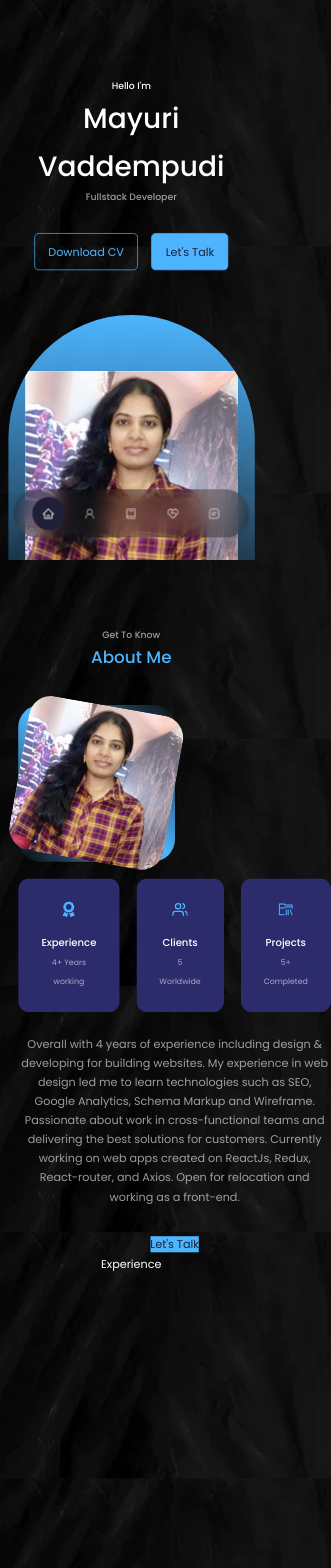
Repository: mayuri2018/Mr_react_portfolio
Page: /
These files come from the project's save history. The page is drawn as it stood at one moment and after the next save; the edit follows.
The browser window is 375 px wide. The page is 473 px wide, so the pictures cover 473 px, including what lies to the right of the window. The pictures show the part of the page from y = 0 to 2240 px (the page is 6203 px tall), at 70% of full size.
The project was rebuilt for these pictures with package versions that can differ from the ones it lists, and the page was loaded fresh each time. Also part of the build but not shown: src/components/experience/experience.css, src/components/services/services.css, src/components/portfolio/portfolio.css, src/components/testimonials/testimonials.css, src/components/contact/contact.css, src/components/footer/footer.css.

Above is the page before, as saved 2023-01-25 13:46:36.

After the next save:
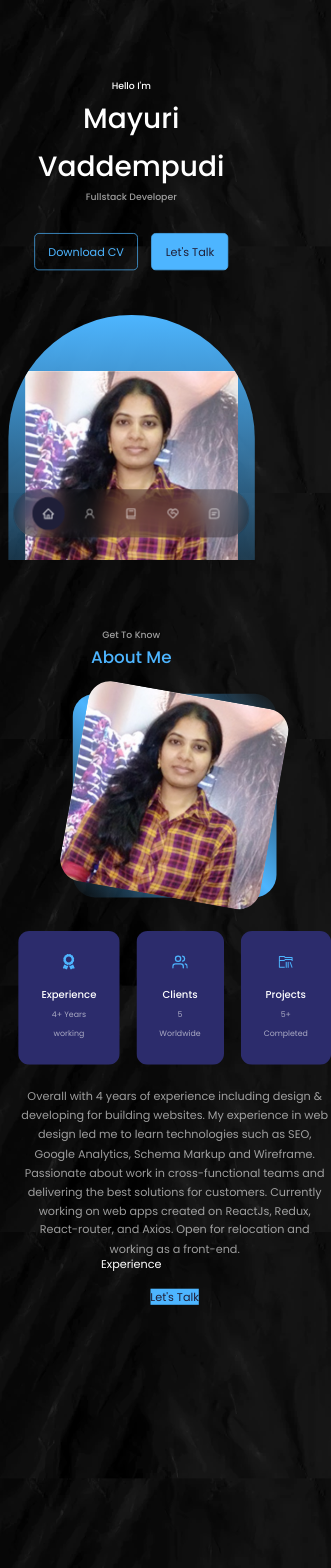
Saved 36 s later.
--- a/src/components/about/about.css
+++ b/src/components/about/about.css
@@ -81,11 +81,8 @@
   }
   /*----------Media Queries (small devices)-----*/
   @media screen and (max-width: 600px){
-    header{
-        height: 100vh;
-    }
-    .header_socials,
-    .scroll_down{
-        display: none;
+    .about_me{
+        width: 65%;
+        margin: 0 auto 3rem;
     }
   }
